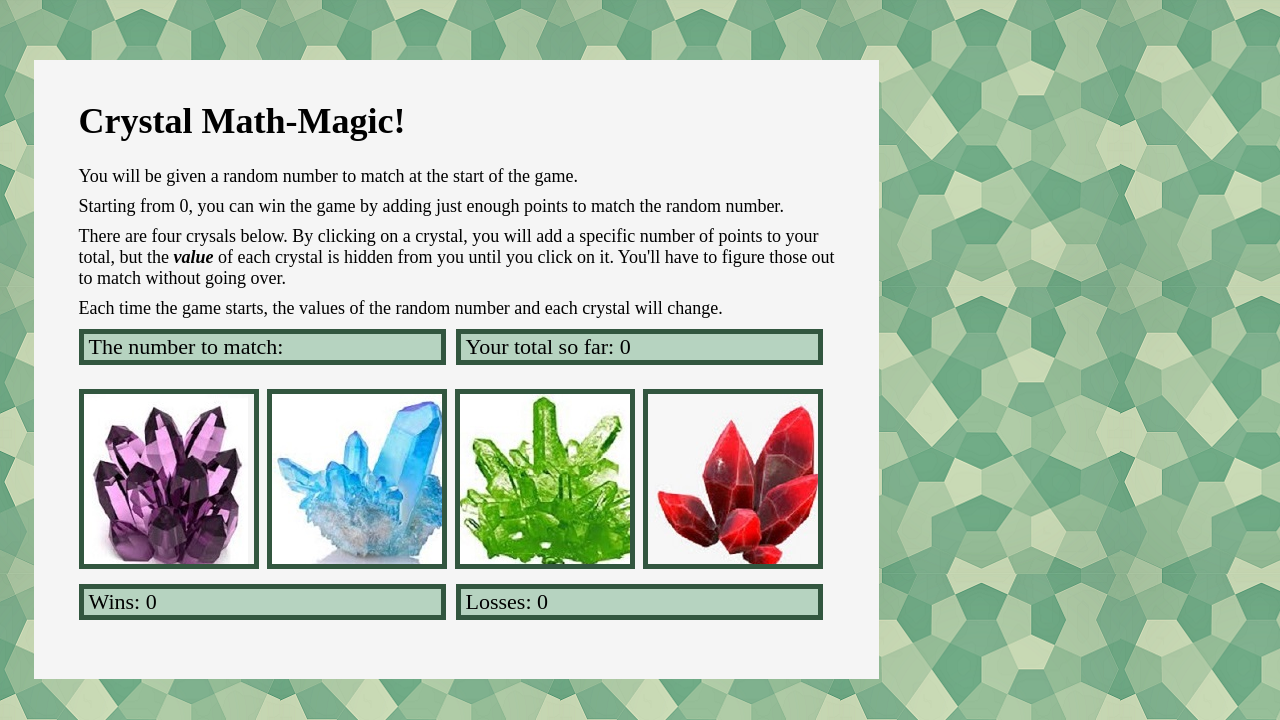
Repository: dsaftler/unit-4-game
Page: index.html
The author's editor kept a copy of each file at every save. The page is drawn from the files as they stood at one save, then again after the next save.
The browser window is 1280 px wide. The pictures show the whole page.
Some web fonts or font styles are not loaded; a fallback is used.

Above is the page before, as saved 2019-04-02 03:33:09.

### index.html
<!DOCTYPE html>
<html lang="en">
<head>
  <meta charset="UTF-8">
  <meta name="viewport" content="width=device-width, initial-scale=1.0">
  <meta http-equiv="X-UA-Compatible" content="ie=edge">
  <link rel="stylesheet" href="assets/css/reset.css">
  <link rel="stylesheet" href="assets/css/style.css">
  <link href="https://fonts.googleapis.com/css?family=BioRhyme" rel="stylesheet">

  <title>Puzzle Crystal matching</title>
</head>
<body>
<div class="container">
  <h1>Crystal Math-Magic!</h1>
  <div class="instructions">
  <p>You will be given a random number to match at the start of the game.</p>
  <p>Starting from 0, you can win the game by adding just enough points to match the random number.</p>
  <p>There are four crysals below.  By clicking on a crystal, you will add a specific number of points to your total, but the <strong><em>value</em></strong> of each crystal is hidden from you until you click on it.  You'll have to figure those out to match without going over. </p>

  <p>Each time the game starts, the values of the random number and each crystal will change.</p>
  </div>

  <div class="scoring-area">
    <!-- <div class="half first bordergreen" id="randomTarget">The number to match: 0</div> -->
    <div class="half first bordergreen">
      <div>The number to match:</div>
      <div class="showFirstVal" id="randomTarget"></div>
    </div>

    <div class="half second bordergreen" id="currentTotal">Your total so far: 0</div>
  </div>
  <div class="crystal-set">
    <div class="crystal bordergreen clearfix" id="crystal_0"><img src="assets/images/crystal_0.jpg"></div>
    <div class="crystal bordergreen clearfix" id="crystal_1"><img src="assets/images/crystal_1.jpg"></div>
    <div class="crystal bordergreen clearfix" id="crystal_2"><img src="assets/images/crystal_2.jpg"></div>
    <div class="crystal bordergreen clearfix" id="crystal_3"><img src="assets/images/crystal_3.jpg"></div>
  </div>
  <div class="scoring-area">
    <div class="half first bordergreen" id="Wins">Wins: 0</div>
    <div class="half second bordergreen" id="Losses">Losses: 0</div>
  </div>
</div>
    <script src="https://ajax.googleapis.com/ajax/libs/jquery/3.3.1/jquery.min.js"></script>
  <script src="assets/javascript/game.js"></script>


</body>
</html>

### assets/css/style.css
* {
  box-sizing: border-box;
}
body {
height: 100%;
background-image: url("../images/congruent_pentagon.png");
background-repeat: repeat;
width: 70%;
font-family: 'BioRhyme',serif;
font-size: 18px;
}

h1 {margin-top: 0px;}
p {
  margin-top: 0em;
  margin-bottom: 0.5em;
}
.container{
  background-color: whitesmoke;
  width: 845px;
  padding: 40px;
  padding-left: 45px;
  margin: auto;
  margin-top: 60px;
  align-content: center;



}
/* .instructions{
  width: 765px;
} */
.scoring-area{
  clear:both;
  /* width:760px; */
  height: 35px;
  margin-bottom: 20px;
  margin-top:10px;
}
.half{
  float: left;
  width: 367px;
  background-color: rgb(182,211,192);
  font-size: 22px;
  padding-left: 5px;

}
.bordergreen {
  border: 5px solid rgb(50, 86, 63)
}
.first {margin-right: 4px;}
.second {margin-left: 6px;}
/* #randomTarget {color: teal;}
#currentTotal {color: teal;} */
.crystal-set{
  /* background-color: #ffffff; */
  height: 190px;
  /* width: 760px; */
  /* padding: 5px; */
  /* padding-left:8px; */
}
.crystal{
  display: block;
  align-content: center;
  float: left;
  height: 180px;
  width: 180px;
  margin-right: 8px;
  margin-right: 8px;
  margin-top: 5px;
}
.clearfix {
  overflow: hidden;
}

### assets/javascript/game.js
 var newGame = true
 var crystalPts = [],
   randomNumber = 0,
   totalPts = 0
 var wins = 0,
   losses = 0

$(document).ready(function() {

  $(".crystal").click(function(){
  var $target = $(this).attr("id")
   console.log($target);
  if (newGame) {
    initGame()
  }
    console.log(crystalPts)
    console.log(totalPts)
    for (let i=0; i<4; i++) {
      itarget="crystal_"+i
      console.log(itarget)
      if (itarget==$target){
        var iVal=crystalPts[i]
        console.log(iVal)

        //console.log(i + ' ' + crystalPts +' '+crystalPts[i])
        totalPts = totalPts + iVal;
        console.log(totalPts)
      }
    }

  // show total points
  $('#currentTotal').text(totalPts)
  if (totalPts>=randomNumber){
    if (totalPts===randomNumber){
      alert("you win");
       wins++;
       // show wins
    }
    if (totalPts>randomNumber){
      alert("you lose");
      losses++;
      //show losses
    }
    initGame();
  }



});
});

function initGame(){
      crystalPts = [];
      for (let i = 0; i < 4; i++) {
        iVar = getRandomPts(12);
        crystalPts.push(iVar)
        console.log(crystalPts[i])
      }
      newGame = false;
      totalPts=0;
      randomNumber = Math.floor(Math.random() * (120 - 19 + 1)) + 19;
      console.log(randomNumber);
       $('#randomTarget').text(randomNumber)

  //for crystals 0-3
  // assign random number 1-12
  // randomNumber assign random number 19-120
  // points=0
  // show wins, show losses, show points, show random
}
function getRandomPts(max) {
  return Math.floor(Math.random() * Math.floor(max))+1;
}
function getRandomRng(max,min){
  Math.floor(Math.random() * (max - min + 1)) + min;
}

Loaded but not shown: assets/css/reset.css (no stored copy; drawn as an empty file)

After the next save:
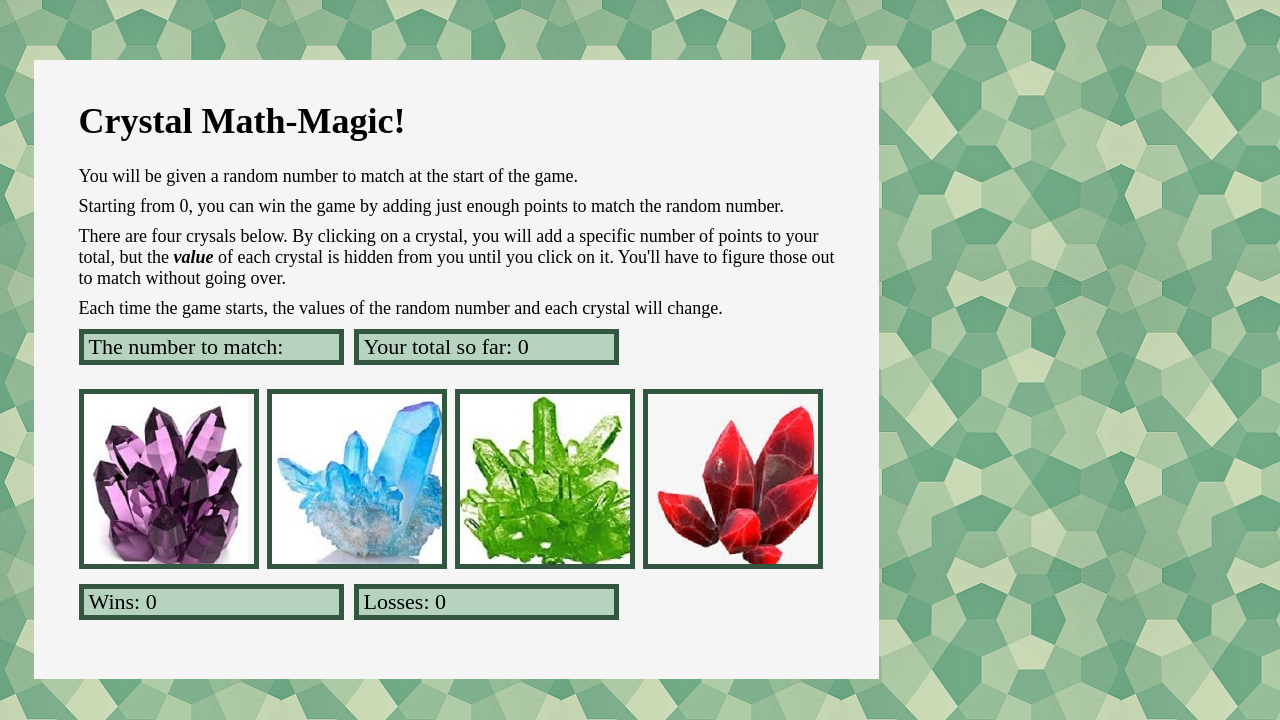
Saved 4 min 5 s later.
--- a/assets/css/style.css
+++ b/assets/css/style.css
@@ -39,7 +39,7 @@
 }
 .half{
   float: left;
-  width: 367px;
+  width: 265px;
   background-color: rgb(182,211,192);
   font-size: 22px;
   padding-left: 5px;

After the save that followed:
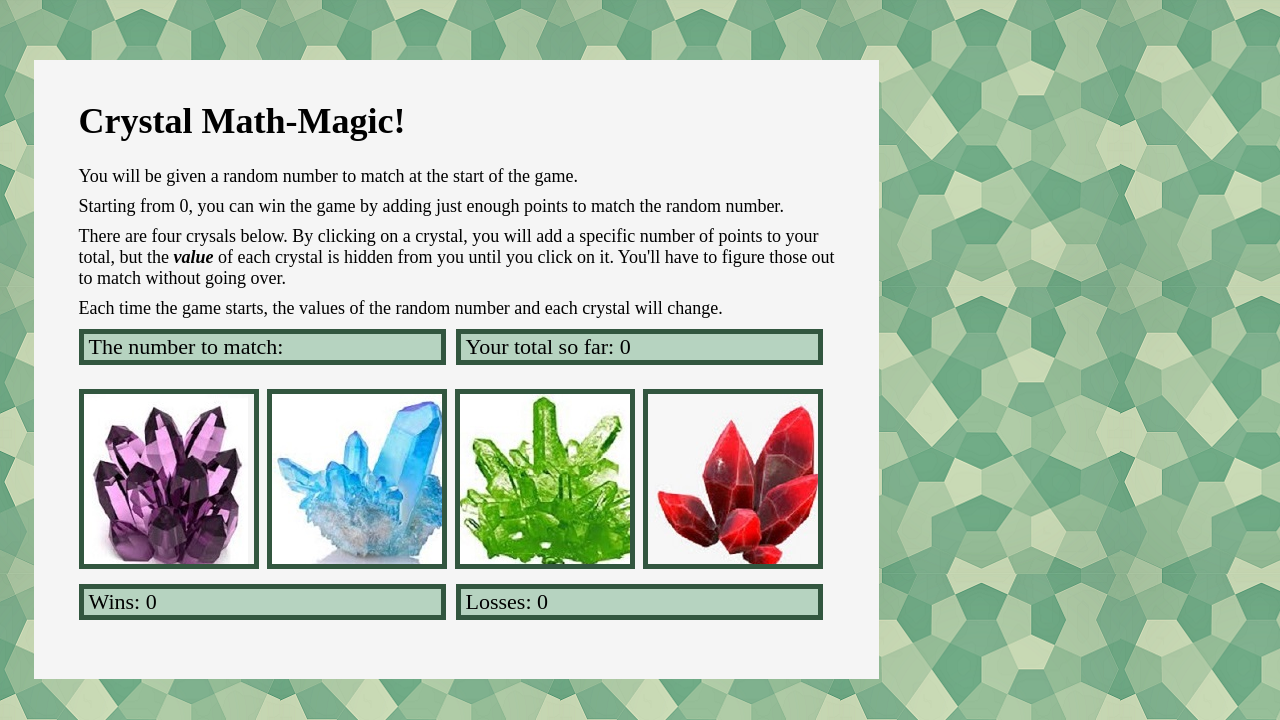
Saved 34 s later.
--- a/assets/css/style.css
+++ b/assets/css/style.css
@@ -39,7 +39,7 @@
 }
 .half{
   float: left;
-  width: 265px;
+  width: 367px;
   background-color: rgb(182,211,192);
   font-size: 22px;
   padding-left: 5px;
